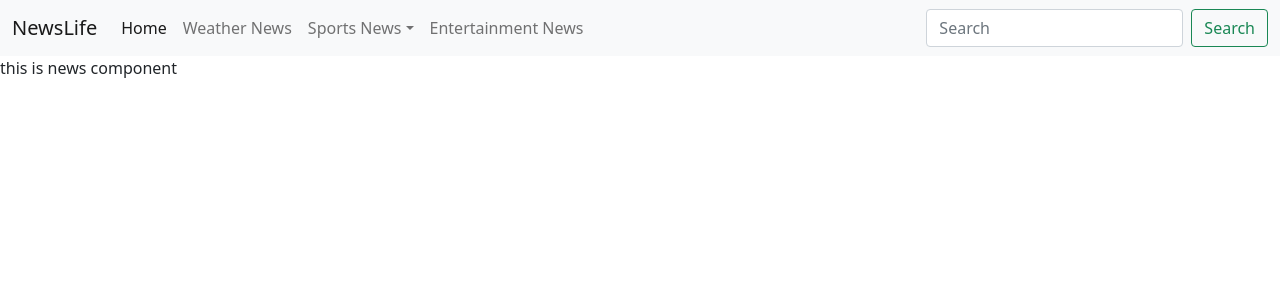
Repository: R-cpu-jpg/Newsapp.github.io
Page: /
An editor plug-in stored every save of this project. The page is shown before and after the next save, followed by the edit.
The browser window is 1280 px wide. The pictures show the whole page.
The project was rebuilt for these pictures with package versions that can differ from the ones it lists, and the page was loaded fresh each time. Also part of the build but not shown: src/index.css, src/App.css.

Above is the page before, as saved 2023-01-18 11:15:11.

After the next save:
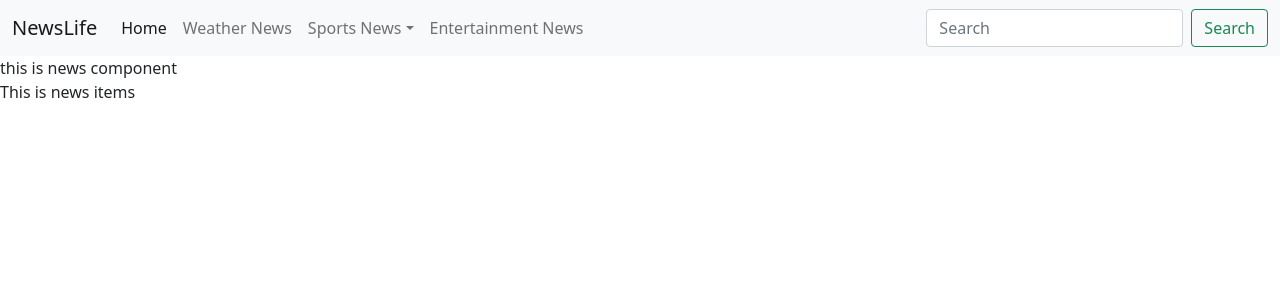
Saved 38 s later.
--- a/src/App.js
+++ b/src/App.js
@@ -4,6 +4,7 @@
 import React, { Component } from 'react'
 import Navbar from './Components/Navbar';
 import News from './Components/News';
+import NewsItem from './Components/NewsItem';
 
 export default class App extends Component {
   render() {
@@ -11,6 +12,7 @@
       <div>
         <Navbar/>
         <News/>
+        <NewsItem/>
       </div>
     )
   }
